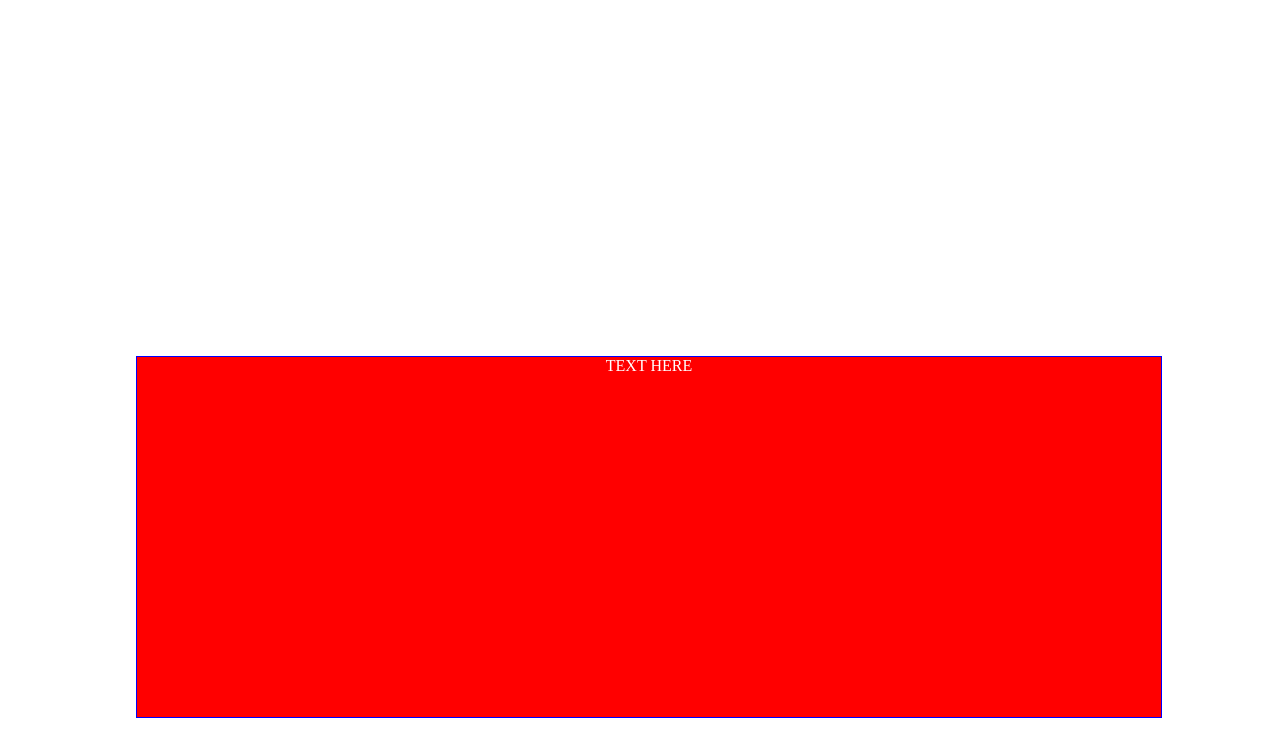
Repository: piyushiso/piyushiso.github.io
Page: random/daynight/index.html
These files come from the project's save history. The page is drawn as it stood at one moment and after a run of saves; the edit follows.
The browser window is 1280 px wide. The page is 1288 px wide, so the pictures cover 1288 px, including what lies to the right of the window. The pictures show the whole page.

Above is the page before, as saved 2022-05-23 16:07:00.

### random/daynight/index.html
<html lang="en">
<head>
    <meta charset="UTF-8">
    <meta http-equiv="X-UA-Compatible" content="IE=edge">
    <meta name="viewport" content="width=device-width, initial-scale=1.0">
    <link href="styles/style.css" rel="stylesheet" />
    <title>Document</title>
</head>
<body>
    <div>
        TEXT HERE
    </div>
</body>
</html>

### random/daynight/styles/style.css
body{
    height: 100%;
    width: 100%;
    overflow: hidden;
    position: relative;
    top: 0;
    left: 0;
}

body div{
    background: red;
    height: 50%;
    width: 80%;
    border: solid thin blue;
    position: absolute;
    left: 10%;
    bottom: 10px;
    text-align: center;
    color: white;
}

After the next 2 saves:
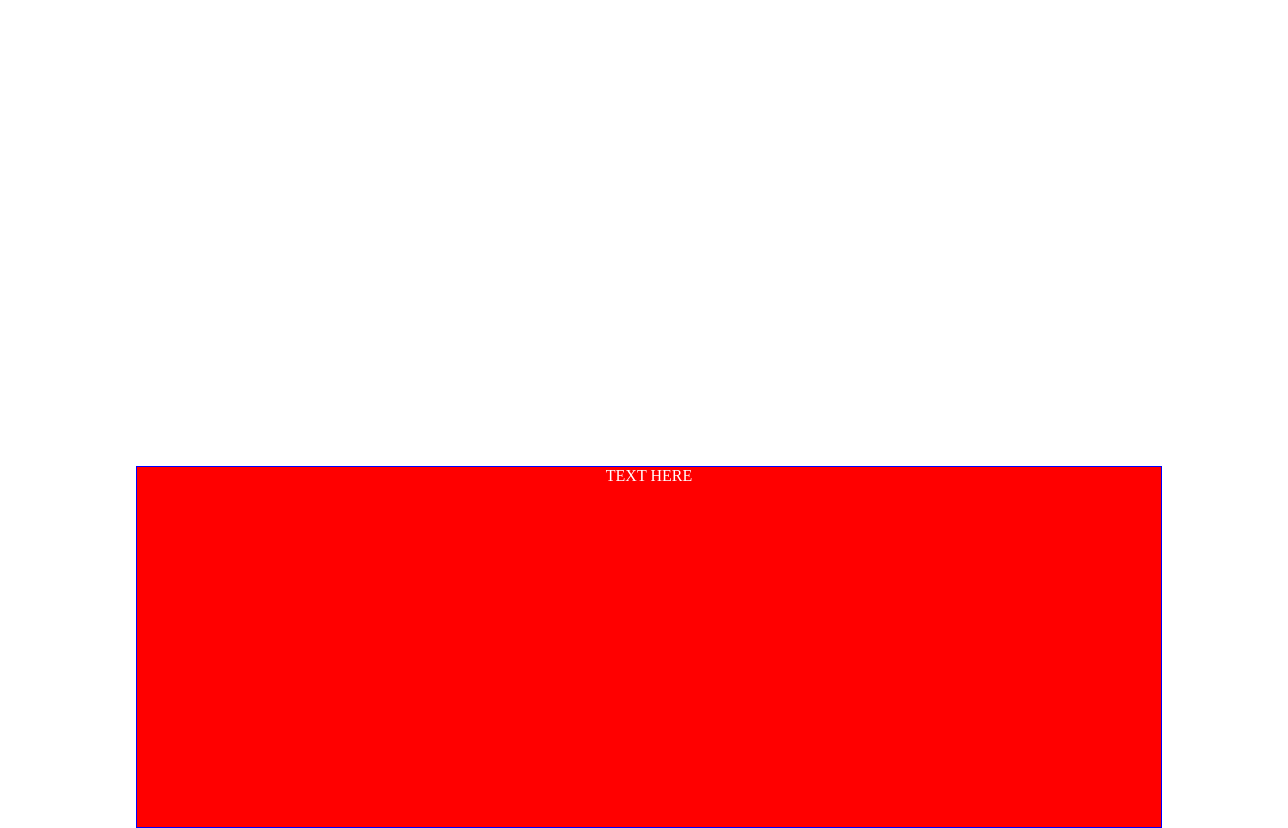
The 2 saves are shown as one change because they came seconds apart.
The last was saved 9 s later.
--- a/random/daynight/styles/style.css
+++ b/random/daynight/styles/style.css
@@ -14,7 +14,7 @@
     border: solid thin blue;
     position: absolute;
     left: 10%;
-    bottom: 10px;
+    bottom: -100px;
     text-align: center;
     color: white;
 }
